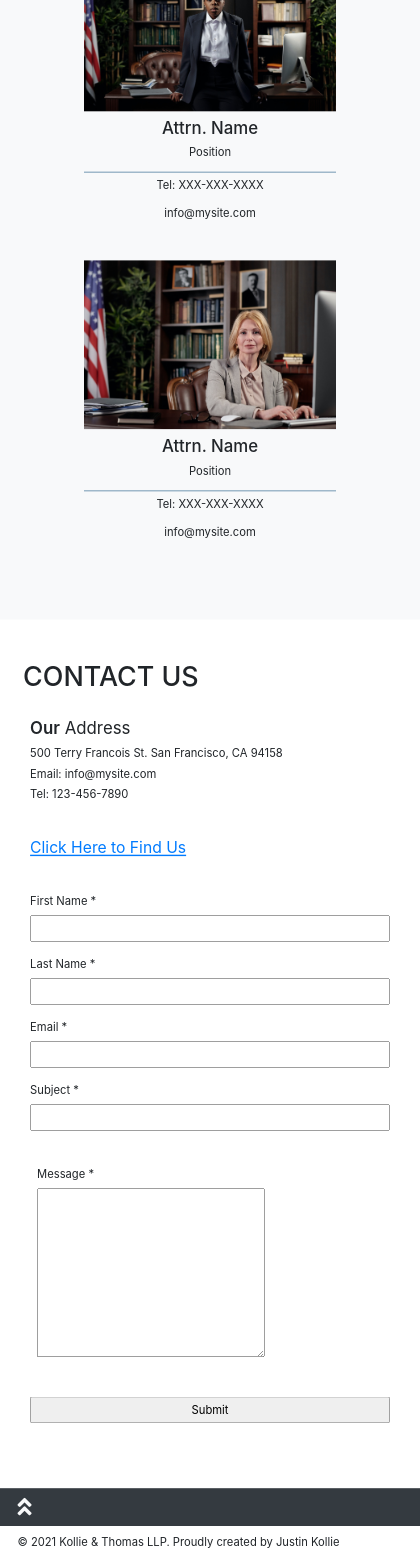
Repository: just-mann/kolllie-kolliellp
Page: index.html
The author's editor kept a copy of each file at every save. The page is drawn from the files as they stood at one save, then again after a run of saves.
The browser window is 600 px wide. The pictures show the part of the page from y = 3810 to 6050 px (the page is 6050 px tall), at 70% of full size.

Above is the page before, as saved 2021-06-02 01:09:26.

### index.html
<!DOCTYPE html>
<html lang="en">
<head>
    <meta charset="UTF-8">
    <meta name="viewport" content="width=device-width, initial-scale=1.0">
    <meta http-equiv="X-UA-Compatible" content="ie=edge">
    <meta name="Description" content="Enter your description here"/>
    <!-- Font Awesome Icons -->
    <link rel="stylesheet" href="https://cdnjs.cloudflare.com/ajax/libs/font-awesome/5.15.3/css/all.min.css" referrerpolicy="no-referrer" />
    <link rel="stylesheet" href="https://cdnjs.cloudflare.com/ajax/libs/twitter-bootstrap/4.6.0/css/bootstrap.min.css">
    <link rel="stylesheet" href="https://cdnjs.cloudflare.com/ajax/libs/font-awesome/5.15.2/css/all.min.css">
    <link rel="stylesheet" href="assets/css/utilities.css">
    <link rel="stylesheet" href="assets/css/style.css">
    <title>Kollie & Thomas LLP</title>
</head>
<body>
    <nav class="myNavbar">
        <div class="myContainer">
            <a href="#" class="myLogo"><h3>Kollie & Thomas LLP</h3></a>
            <div class="links">
                <a href="#">Home</a>
                <a href="#practiceArea">Practice Area</a>
                <a href="#ourVision">Our Vision</a>
                <a href="#ourAttorneys">Attorneys</a>
                <a href="#contact">Contact</a>
            </div>
            <i class="fas fa-bars fa-1x toggleBar"></i>
        </div>
    </nav>
    <section class="heroSection">
        <div class="myContainer">
            <h3><span>Boutique</span>Law Firm</h3>
            <p>Specializing in Commercial Law & Litigation, Insolvency & Fraud</p>
        </div>
    </section>
    <section class="practiceArea py-5 px-3" id="practiceArea">
        <div class="myContainer">
            <div class="practiceArreaDiv px-2">
                <div class="left__side">
                    <h3><span>Practice</span> Areas</h3>
                </div>
                <div class="right__side">
                    <ul>
                        <div class="left">
                            <li><h4>Litigation</h4></li>
                            <p>Lorem ipsum dolor sit amet consectetur adipisicing elit. Accusamus cumque iusto quae minima?</p>
                            <li><h4>Insolvency</h4></li>
                            <p>Lorem ipsum dolor sit amet consectetur adipisicing elit. Accusamus cumque iusto quae minima?</p>
                            <li><h4>Dispute Resolution</h4></li>
                            <p>Lorem ipsum dolor sit amet consectetur adipisicing elit. Accusamus cumque iusto quae minima?</p>
                        </div>
                        <div class="right">
                            <li><h4>Business</h4></li>
                            <p>Lorem ipsum dolor sit amet consectetur adipisicing elit. Accusamus cumque iusto quae minima?</p>
                            <li><h4>Fraud</h4></li>
                            <p>Lorem ipsum dolor sit amet consectetur adipisicing elit. Accusamus cumque iusto quae minima?</p>
                            <li><h4>Tax</h4></li>
                            <p>Lorem ipsum dolor sit amet consectetur adipisicing elit. Accusamus cumque iusto quae minima?</p>
                        </div>
                    </ul>
                </div>
            </div>
        </div>
    </section>
    <section class="ourVision" id="ourVision">
        <div class="myContainer">
            <div class="ourVisionDiv py-5">
                <h3 class="">Our Mission</h3>
                <div>
                    <p>Lorem, ipsum dolor sit amet consectetur adipisicing elit. Deleniti, libero. Voluptatem laboriosam ipsum esse sint deserunt laudantium accusamus nam veniam ad? A deserunt nostrum rerum?</p>
                </div>
                <div>
                    <p>Lorem, ipsum dolor sit amet consectetur adipisicing elit. Deleniti, libero. Voluptatem laboriosam ipsum esse sint deserunt laudantium accusamus nam veniam ad? A deserunt nostrum rerum?</p>
                </div>
                <div>
                    <p>Lorem, ipsum dolor sit amet consectetur adipisicing elit. Deleniti, libero. Voluptatem laboriosam ipsum esse sint deserunt laudantium accusamus nam veniam ad? A deserunt nostrum rerum?</p>
                </div>
            </div>
        </div>
    </section>
    <div class="parallaxImg">
        <!-- <img src="./assets/images/heroImage.jpg" alt="parallaxImg"> -->
    </div>
    <section class="ourAttorneys py-5 px-2 bg-light" id="ourAttorneys">
        <div class="myContainer">
            <h3>Our Attorneys</h3>
            <div class="attorneysDiv mx-auto">
                <div class="attCard">
                    <img src="./assets/images/attrny1.jpg" alt="att1">
                    <div class="firstDiv">
                        <h4>Justin Kollie</h4>
                        <p>Partner</p>
                    </div>
                    <div class="secondDiv">
                        <p>Tel: XXX-XXX-XXXX</p>
                        <p>info@mysite.com</p>
                    </div>
                </div>
                <div class="attCard">
                    <img src="./assets/images/attrny1.jpg" alt="att1">
                    <div class="firstDiv">
                        <h4>Mandela P. Thomas</h4>
                        <p>Partner</p>
                    </div>
                    <div class="secondDiv">
                        <p>Tel: XXX-XXX-XXXX</p>
                        <p>info@mysite.com</p>
                    </div>
                </div>
                <div class="attCard">
                    <img src="./assets/images/attrny2.jpg" alt="att2">
                    <div class="firstDiv">
                        <h4>Attrn. Name</h4>
                        <p>Position</p>
                    </div>
                    <div class="secondDiv">
                        <p>Tel: XXX-XXX-XXXX</p>
                        <p>info@mysite.com</p>
                    </div>
                </div>
                <div class="attCard">
                    <img src="/assets/images/attrny3.jpg" alt="att3">
                    <div class="firstDiv">
                        <h4>Attrn. Name</h4>
                        <p>Position</p>
                    </div>
                    <div class="secondDiv">
                        <p>Tel: XXX-XXX-XXXX</p>
                        <p>info@mysite.com</p>
                    </div>
                </div>
            </div>
        </div>
    </section>
    <section class="contact py-5 px-2" id="contact">
        <div class="myContainer">
            <div class="contactDiv">
                <div class="left__side">
                    <h3>Contact Us</h3>
                </div>
                <div class="right__side">
                    <h4><span>Our</span> Address</h4>
                    <div class="addressDiv">
                        <p>500 Terry Francois St. San Francisco, CA 94158</p>
                        <p>Email: info@mysite.com</p>
                        <p>Tel:  123-456-7890</p>
                    </div>
                    <div class="clickToFind my-4 py-4">
                        <a href="#">Click Here to Find Us</a>
                    </div>
                    <form action="">
                        <div class="left__side">
                            <div>
                                <label for="firstName">First Name *</label>
                                <input type="text" name="firstName" required>
                            </div>
                            <div>
                                <label for="lastName">Last Name *</label>
                                <input type="text" name="lastName" required>
                            </div>
                            <div>
                                <label for="email">Email *</label>
                                <input type="email" name="name" required>
                            </div>
                            <div>
                                <label for="subject">Subject *</label>
                                <input type="text" name="subject" required>
                            </div>
                        </div>
                        <div class="right__side">
                            <label for="message">Message *</label>
                            <textarea name="message" id="message" cols="30" rows="10" required></textarea>
                        </div>
                        <div>
                            <input type="submit" value="Submit">
                        </div>
                    </form>
                </div>
            </div>
        </div>
    </section>
    <section class="backUpTop bg-dark">
        <div class="myContainer">
            <i class="fas fa-angle-double-up fa-2x text-light"></i>
        </div>
    </section>
    <footer class="footer">
        <div class="myContainer">
            <p>© 2021 Kollie & Thomas LLP. Proudly created by Justin Kollie</p>
        </div>
    </footer>
    <!-- Optional Scripts -->
    <script src="assets/scripts/myScript.js"></script>
    <script src="https://cdnjs.cloudflare.com/ajax/libs/jquery/3.5.1/jquery.slim.min.js"></script>
    <script src="https://cdnjs.cloudflare.com/ajax/libs/popper.js/1.16.1/umd/popper.min.js"></script>
    <script src="https://cdnjs.cloudflare.com/ajax/libs/twitter-bootstrap/4.6.0/js/bootstrap.min.js"></script>
</body>
</html>

### assets/css/utilities.css
:root {
    --primaryColor: #0a6880;
}

a {
    text-decoration: none;
}

a:hover {
    text-decoration: none;
}

ul li {
    list-style-type: square;
}

.myContainer {
    max-width: 900px;
    margin: 0 auto;
    padding: 10px 25px;
}

### assets/css/style.css
* {
    padding: 0;
    margin: 0;
    box-sizing: border-box;
}

html {
    scroll-behavior: smooth;
}

body {
    /* background-color: rgb(255, 255, 255); */
}

/* Navbar */
.myNavbar {
    padding: 10px 0px;
    background-color: #ffffff;
}

.myNavbar .myContainer {
    display: flex;
    justify-content: space-between;
    align-items: center;
}

.myNavbar .myContainer .myLogo h3 {
    font-size: 1.5em;
}

.myNavbar .myContainer .links {
    display: flex;
    justify-content: center;
    align-items: center;
}

.toggleBar {
    font-size: 1.6em;
    display: none;
    transition: cursor 0.6s;
}

.toggleBar:hover {
    cursor: pointer;
}

.ourVision {
    background-color: var(--primaryColor);
    color: white;
    /* padding: 30px 10px; */
}

.ourVisionDiv h3 {
    font-weight: 400;
    font-size: 2.6rem;
    text-align: left;
    margin-bottom: 25px;
    /* margin: 40px auto; */
}

.ourVisionDiv p {
    font-weight:300;
    font-size: 1.2rem;
    line-height: 2rem;
}

.parallaxImg {
    background-image: url('../images/parallaxImg.jpg');
    min-height: 500px;
    background-attachment: fixed;
    background-position: center;
    background-origin: center;
    background-repeat: no-repeat;
    background-size: cover;
}

.parallaxImg img {
    width: 100%;
}

.contactDiv .left__side h3 {
    font-weight: 450;
}

.contactDiv .right__side h4 {
    font-weight: 400;
}

.contactDiv .right__side h4 span {
    font-weight: 600;
}

.contactDiv .right__side .addressDiv p {
    font-size: 1rem;
    font-weight: 400;
    margin: 5px 0px;
}

.contactDiv .right__side .clickToFind a {
    text-decoration: underline;
    font-size: 1.4rem;
}

@media screen and (max-width: 700px) {
    .myNavbar .myContainer .links {
        display: none;
    }

    .toggleBar {
        display: block;
    }

    .heroSection {
        position: relative;
        height: 75vh;
        display: flex;
        justify-content: center;
        align-items: center;
        background-color: #ffffff;
        background: url('../images/heroImage.jpg') no-repeat center center / cover;
    }

    .heroSection .myContainer * {
        z-index: 100;
    }

    .heroSection::before {
        position: absolute;
        content: "";
        top: 45;
        bottom: 40;
        right: 0;
        background: rgba(8, 54, 66, 0.6);
        width: 97%;
        height: 80%;
        z-index: 0;
    }

    .heroSection .myContainer h3 span {
        color: white;
        font-size: 3rem;
        font-weight: 600;
        text-transform: uppercase;
        display: block;
    }

    .heroSection .myContainer h3 {
        color: white;
        font-size: 2rem;
        text-transform: uppercase;
    }

    .heroSection .myContainer p {
        color: white;
    }

    .left__side h3 span {
        font-size: 2.5rem;
        text-transform: uppercase;
        display: block;
        font-weight: 600;
    }

    .left__side h3 {
        font-size: 2.4rem;
        text-transform: uppercase;
        font-weight: 300;
    }

    .right__side {
        padding: 30px 10px;
        /* background-color: white; */
    }

    .parallaxImg {
        background-image: url('../images/parallaxImg.jpg');
        min-height: 500px;
        background-attachment: scroll;
        background-position: center;
        background-repeat: no-repeat;
        background-size: cover;
    }

    .attorneysDiv {
        grid-template-columns: 1fr;
        width: 100%;
        margin: 0 auto;
    }

    .ourAttorneys .myContainer h3 {
        text-align: center;
        font-size: 2.8em;
        font-weight: 350;
        margin-bottom: 25px;
    }

    .attCard {
        width: 75%;
        padding: 0px 20px;
        margin: 0px auto 35px auto;
        /* text-align: center; */
    }

    .attCard img {
        min-height: 200px;
        width: 100%;
    }

    .attCard .firstDiv {
        padding: 10px 0px 0px 0px;
        text-align: center;
        border-bottom: 2px solid #6991ac9d;
    }

    .secondDiv {
        text-align: center;
        padding: 5px 0px;
    }

    form {
        /* background: pink; */
        max-width: 100%;
    }

    form div {
        margin: 20px 0px 5px 0px;
        max-width: 100%;
    }

    form div label, form div input {
        width: 100%;
    }

    form div input {
        padding: 5px 10px;
    }





}

### assets/scripts/myScript.js
console.log('It works');

After the next 6 saves:
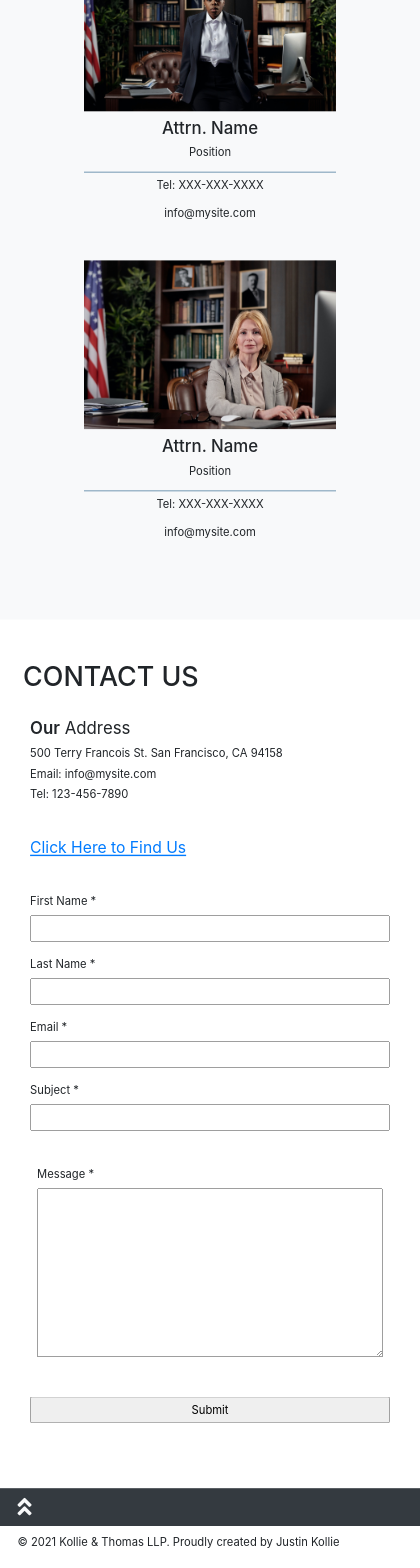
The 6 saves are shown as one change because they came seconds apart.
The last was saved 35 s later.
--- a/assets/css/style.css
+++ b/assets/css/style.css
@@ -227,7 +227,7 @@
         max-width: 100%;
     }
 
-    form div label, form div input {
+    form div label, form div input, form div textarea {
         width: 100%;
     }
 

After the 3 saves that followed:
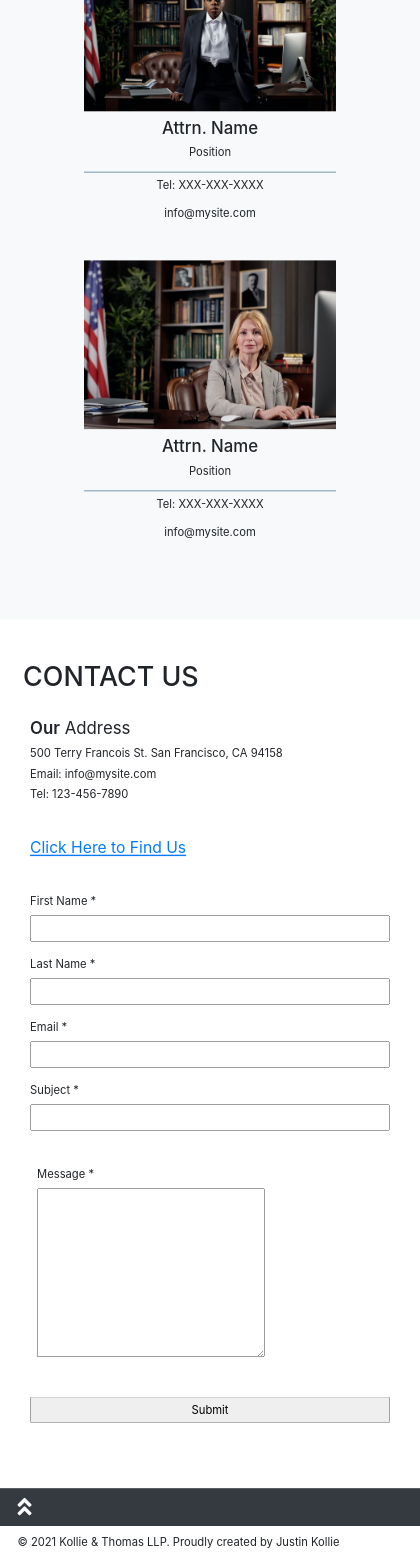
The 3 saves are shown as one change because they came seconds apart.
The last was saved 29 s later.
--- a/assets/css/style.css
+++ b/assets/css/style.css
@@ -227,7 +227,7 @@
         max-width: 100%;
     }
 
-    form div label, form div input, form div textarea {
+    form div label, form div input, form div .right__side textarea {
         width: 100%;
     }
 
